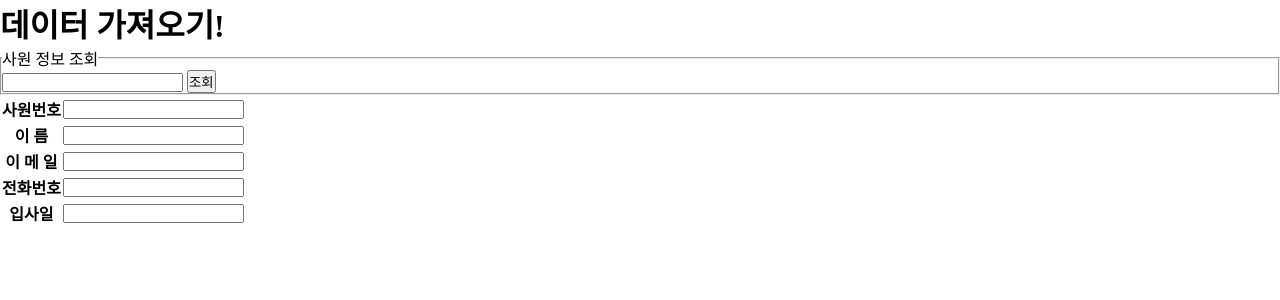
Repository: whdkwhdk90/JAVA
Page: 실습 코드/7. AJAX/UI_JQ_Ajax/WebContent/jq09_ajax.html
An editor plug-in stored every save of this project. The page is shown before and after the next save, followed by the edit.
The browser window is 1280 px wide. The pictures show the whole page.

Above is the page before, as saved 2020-06-22 04:04:49.

After the next save:
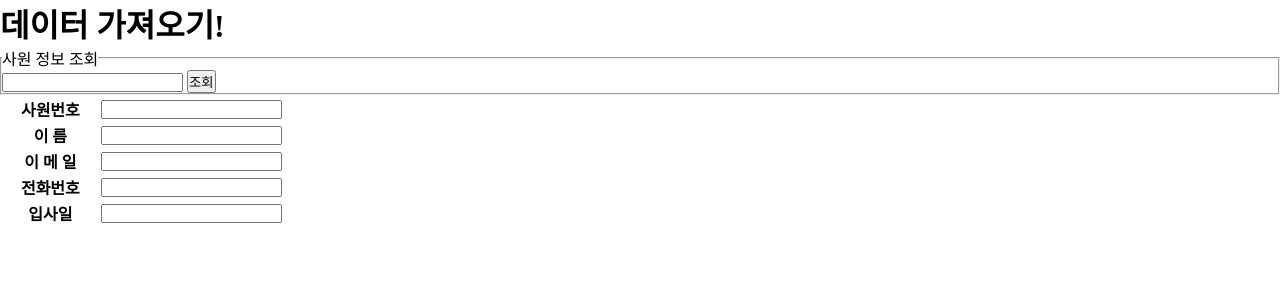
Saved 50 s later.
--- a/실습 코드/7. AJAX/UI_JQ_Ajax/WebContent/jq09_ajax.html
+++ b/실습 코드/7. AJAX/UI_JQ_Ajax/WebContent/jq09_ajax.html
@@ -8,6 +8,10 @@
 		margin : 0px;
 		padding : 0px;
 	}
+	table{
+		width : 400px;
+	}
+
 </style>
 </head>
 <body>
